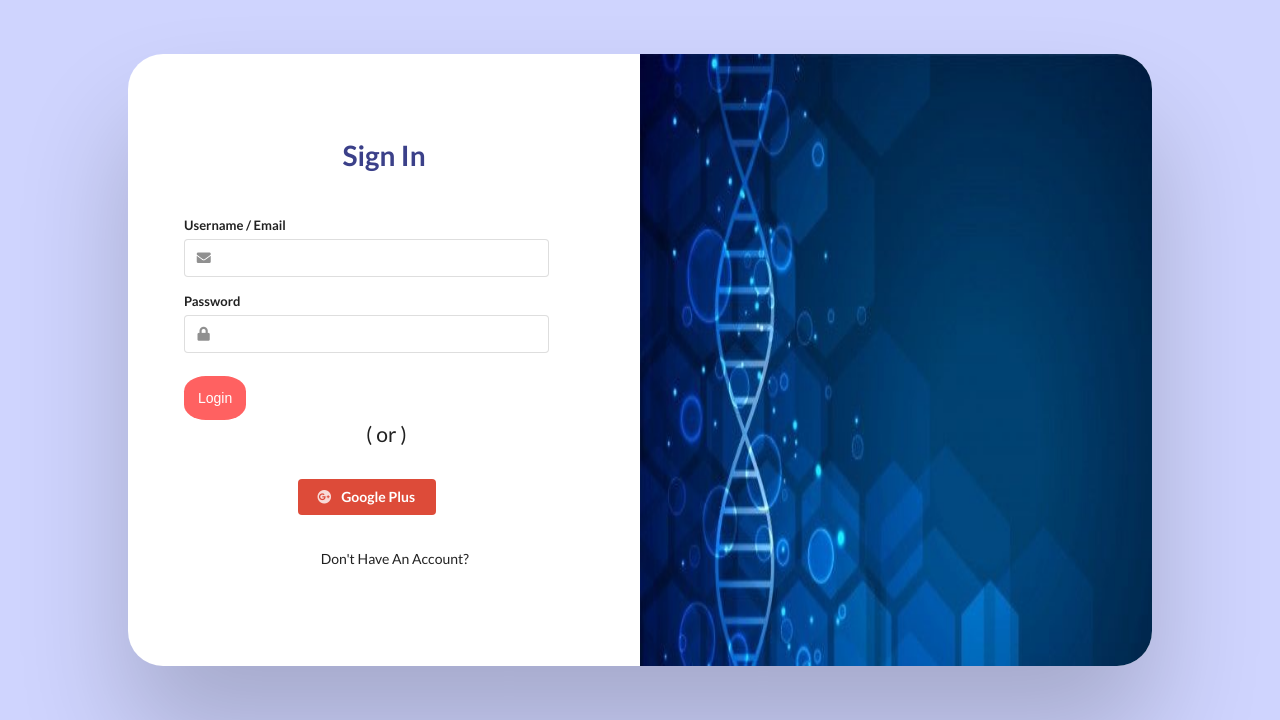
Repository: ajayaj2001/healthcare-digitization
Page: /login
An editor plug-in stored every save of this project. The page is shown before and after the next save, followed by the edit.
The browser window is 1280 px wide. The pictures show the whole page.
The project was rebuilt for these pictures with package versions that can differ from the ones it lists, and the page was loaded fresh each time. Also part of the build but not shown: src/component/userType/UserType.scss, src/component/userType/UserType.js.

Above is the page before, as saved 2021-03-12 21:46:10.

After the next save:
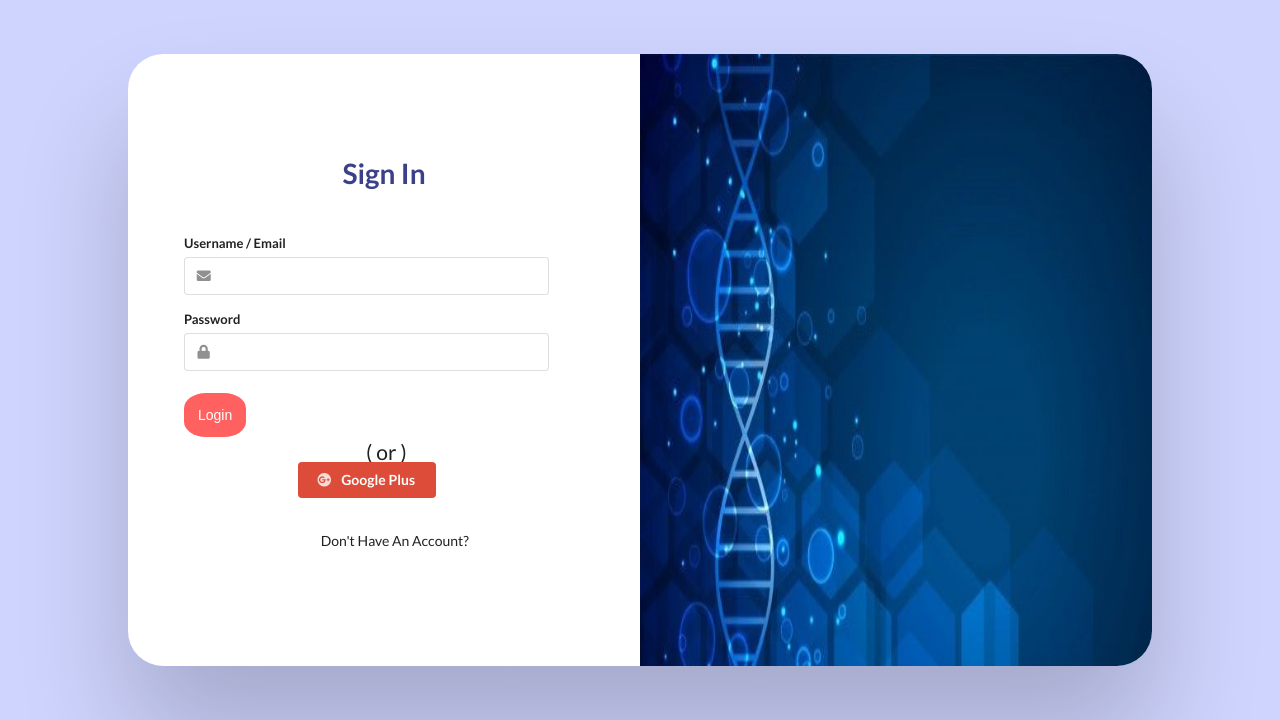
Saved 23 s later.
--- a/src/component/login/loginForm/LoginForm.scss
+++ b/src/component/login/loginForm/LoginForm.scss
@@ -7,7 +7,7 @@
     }
     &__text{
         font-size: 1.5rem;
-        padding: 1% 0rem 2.5rem 13rem;
+        padding: 1% 0rem 0rem 13rem;
     }
     &__gbutton{
         margin-left: 25% !important;
